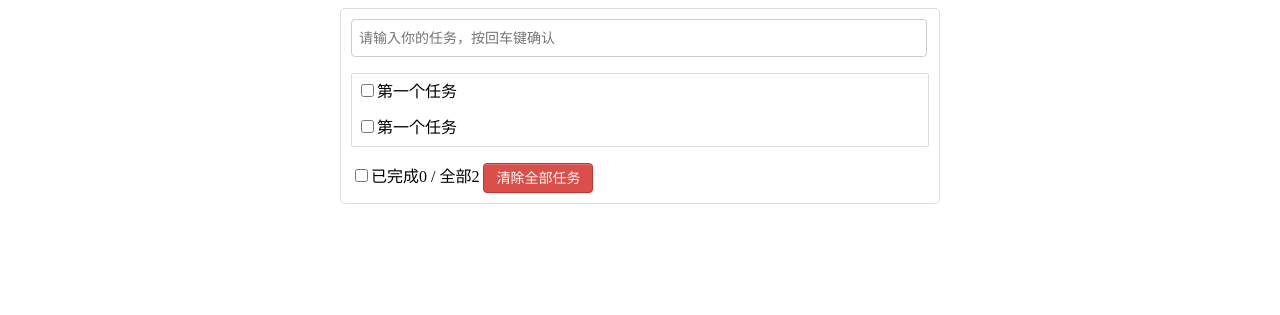
Repository: Lixianlai-2/The-journey-of-learning-Vue
Page: / (app in afterVueCli/Vue_Test/)
An editor plug-in stored every save of this project. The page is shown before and after the next save, followed by the edit.
The browser window is 1280 px wide. The pictures show the whole page.
The project was rebuilt for these pictures with package versions that can differ from the ones it lists, and the page was loaded fresh each time.

Above is the page before, as saved 2022-04-14 19:51:46.

### afterVueCli/Vue_Test/src/main.js
import Vue from "vue";
import App from "./App.vue";

// 关闭生产模式提醒
Vue.config.productionTip = false;

new Vue({
  render: (h) => h(App),
}).$mount("#app");

### afterVueCli/Vue_Test/src/App.vue
<template>
  <div id="root">
    <div class="root">
      <div class="todo-container">
        <div class="todo-wrap">
          <myHeader />
          <myList />
          <myFooter />
        </div>
      </div>
    </div>
  </div>
</template>

<script>
import myHeader from "./components/myHeader.vue";
import myFooter from "./components/myFooter.vue";
import myList from "./components/myList.vue";

export default {
  name: "Root",
  components: {
    myHeader,
    myFooter,
    myList,
  },
};
</script>

<style lang="less">
/* 注意在App.vue里面，不用加scoped，因为这些样式要全局应用 */
/*base*/
body {
  background: #fff;
}
.btn {
  display: inline-block;
  padding: 4px 12px;
  margin-bottom: 0;
  font-size: 14px;
  line-height: 20px;
  text-align: center;
  vertical-align: middle;
  cursor: pointer;
  box-shadow: inset 0 1px 0 rgba(255, 255, 255, 0.2),
    0 1px 2px rgba(0, 0, 0, 0.05);
  border-radius: 4px;
}
.btn-danger {
  color: #fff;
  background-color: #da4f49;
  border: 1px solid #bd362f;
}
.btn-danger:hover {
  color: #fff;
  background-color: #bd362f;
}
.btn:focus {
  outline: none;
}
.todo-container {
  width: 600px;
  margin: 0 auto;
}
.todo-container .todo-wrap {
  padding: 10px;
  border: 1px solid #ddd;
  border-radius: 5px;
}
</style>

### afterVueCli/Vue_Test/src/components/myHeader.vue
<template>
  <div>
    <div class="todo-header">
      <input type="text" placeholder="请输入你的任务，按回车键确认" />
    </div>
  </div>
</template>

<script>
export default {
  name: "Header",
};
</script>

<style scoped>
/*header*/
.todo-header input {
  width: 560px;
  height: 28px;
  font-size: 14px;
  border: 1px solid #ccc;
  border-radius: 4px;
  padding: 4px 7px;
}

.todo-header input:focus {
  outline: none;
  border-color: rgba(82, 168, 236, 0.8);
  box-shadow: inset 0 1px 1px rgba(0, 0, 0, 0.075),
    0 0 8px rgba(82, 168, 236, 0.6);
}
</style>

### afterVueCli/Vue_Test/src/components/myFooter.vue
<template>
  <div>
    <label>
      <input type="checkbox" />
    </label>
    <span> <span>已完成0</span> / 全部2 </span>
    <button class="btn btn-danger">清除全部任务</button>
  </div>
</template>

<script>
export default {
  name: "Footer",
};
</script>

<style scoped>
/*footer*/
.todo-footer {
  height: 40px;
  line-height: 40px;
  padding-left: 6px;
  margin-top: 5px;
}

.todo-footer label {
  display: inline-block;
  margin-right: 20px;
  cursor: pointer;
}

.todo-footer label input {
  position: relative;
  top: -1px;
  vertical-align: middle;
  margin-right: 5px;
}

.todo-footer button {
  float: right;
  margin-top: 5px;
}
</style>

### afterVueCli/Vue_Test/src/components/myList.vue
<template>
  <ul class="todo-main">
    <!-- 用props -->
    <myItem />
    <myItem />
  </ul>
</template>

<script>
import myItem from "./myItem.vue";

export default {
  name: "List",
  components: {
    myItem,
  },
};
</script>

<style scoped>
/*main*/
.todo-main {
  margin-left: 0px;
  border: 1px solid #ddd;
  border-radius: 2px;
  padding: 0px;
}

.todo-empty {
  height: 40px;
  line-height: 40px;
  border: 1px solid #ddd;
  border-radius: 2px;
  padding-left: 5px;
  margin-top: 10px;
}
</style>

### afterVueCli/Vue_Test/src/components/myItem.vue
<template>
  <div>
    <li>
      <label>
        <input type="checkbox" />
        <span>第一个任务</span>
      </label>
      <!-- 隐藏删除按钮 -->
      <button class="btn btn-danger" style="display: none">删除</button>
    </li>
  </div>
</template>

<script>
export default {
  name: "Item",
};
</script>

<style scoped>
/*item*/
li {
  list-style: none;
  height: 36px;
  line-height: 36px;
  padding: 0 5px;
  border-bottom: 1px solid #ddd;
}

li label {
  float: left;
  cursor: pointer;
}

li label li input {
  vertical-align: middle;
  margin-right: 6px;
  position: relative;
  top: -1px;
}

li button {
  float: right;
  display: none;
  margin-top: 3px;
}

li:before {
  content: initial;
}

li:last-child {
  border-bottom: none;
}

li:hover {
  background-color: #ddd;
}

li:hover button {
  display: block;
}
</style>

Loaded but not shown: afterVueCli/Vue_Test/public/index.html (common file)

After the next save:
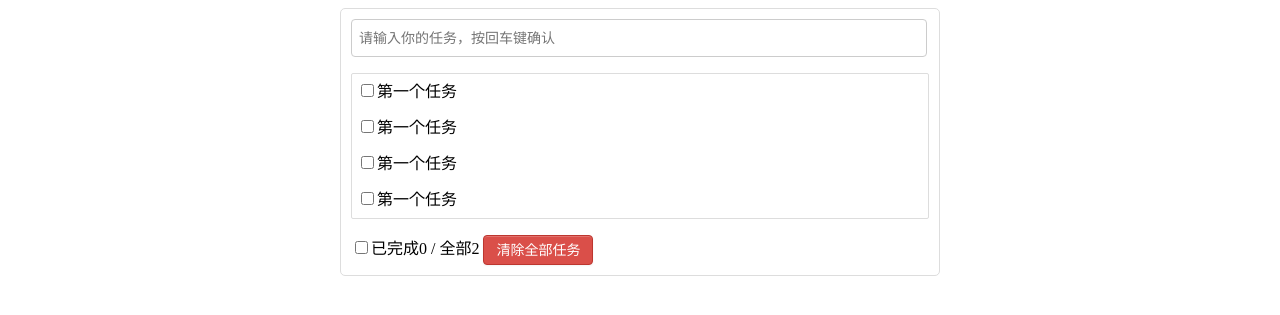
Saved 4 min 44 s later.
--- a/afterVueCli/Vue_Test/src/components/myList.vue
+++ b/afterVueCli/Vue_Test/src/components/myList.vue
@@ -1,6 +1,8 @@
 <template>
   <ul class="todo-main">
     <!-- 用props -->
+    <myItem />
+    <myItem />
     <myItem />
     <myItem />
   </ul>
